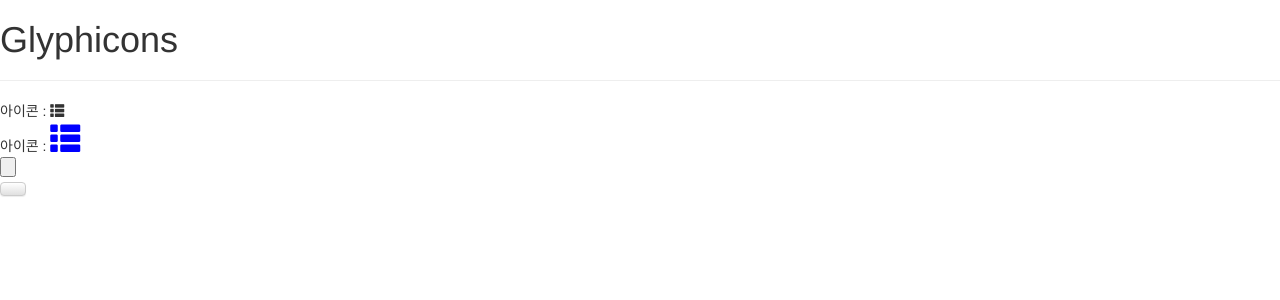
Repository: yhj4130/BootstrapStudy
Page: BootstrapWork/WebContent/BootEx08.html
An editor plug-in stored every save of this project. The page is shown before and after the next save, followed by the edit.
The browser window is 1280 px wide. The pictures show the whole page.

Above is the page before, as saved 2019-06-12 05:22:09.

### BootstrapWork/WebContent/BootEx08.html
<!DOCTYPE html>
<html>
<head>
<meta charset="UTF-8">
<title>BootEx08.html</title>

<link rel="stylesheet" href="css/bootstrap.css">
<script type="text/javascript" src="js/jquery-3.4.1.min.js"></script>
<script type="text/javascript" src="js/bootstrap.min.js"></script>

<!-- 추가 -->
<link rel="stylesheet" href="css/bootstrap-theme.min.css">

</head>
<body>

<div>
	<h1>Glyphicons</h1>
	<hr>
</div>

<div>
	아이콘 : <span class="glyphicon glyphicon-th-list"></span>
</div>

<div>
	<!-- 아이콘 : <span class="glyphicon glyphicon-th-list" style="width: 200px;"></span> -->
	<!-- 아이콘 : <span class="glyphicon glyphicon-th-list" style="height: 200px;"></span> -->
</div>

<div>
	아이콘 : <span class="glyphicon glyphicon-th-list" style="font-size: 30px; color: blue;"></span>
</div>

<!-- Attribute Content Type → Simple Type → 적용 안 됨 -->
<div>
	<input type="button" class="glyphicon glyphicon-th-list">
</div>

<div>
	<button type="button" class="btn btn-default"></button>
</div>

</body>
</html>

Loaded but not shown: BootstrapWork/WebContent/css/bootstrap.css (library); BootstrapWork/WebContent/js/jquery-3.4.1.min.js (library); BootstrapWork/WebContent/js/bootstrap.min.js (library); BootstrapWork/WebContent/css/bootstrap-theme.min.css (library)

After the next save:
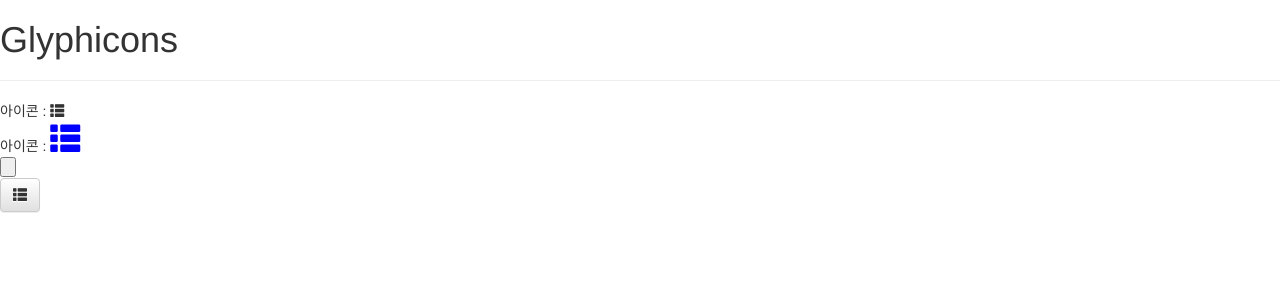
Saved 28 s later.
--- a/BootstrapWork/WebContent/BootEx08.html
+++ b/BootstrapWork/WebContent/BootEx08.html
@@ -38,7 +38,9 @@
 </div>
 
 <div>
-	<button type="button" class="btn btn-default"></button>
+	<button type="button" class="btn btn-default">
+		<span class="glyphicon glyphicon-th-list""></span>
+	</button>
 </div>
 
 </body>
